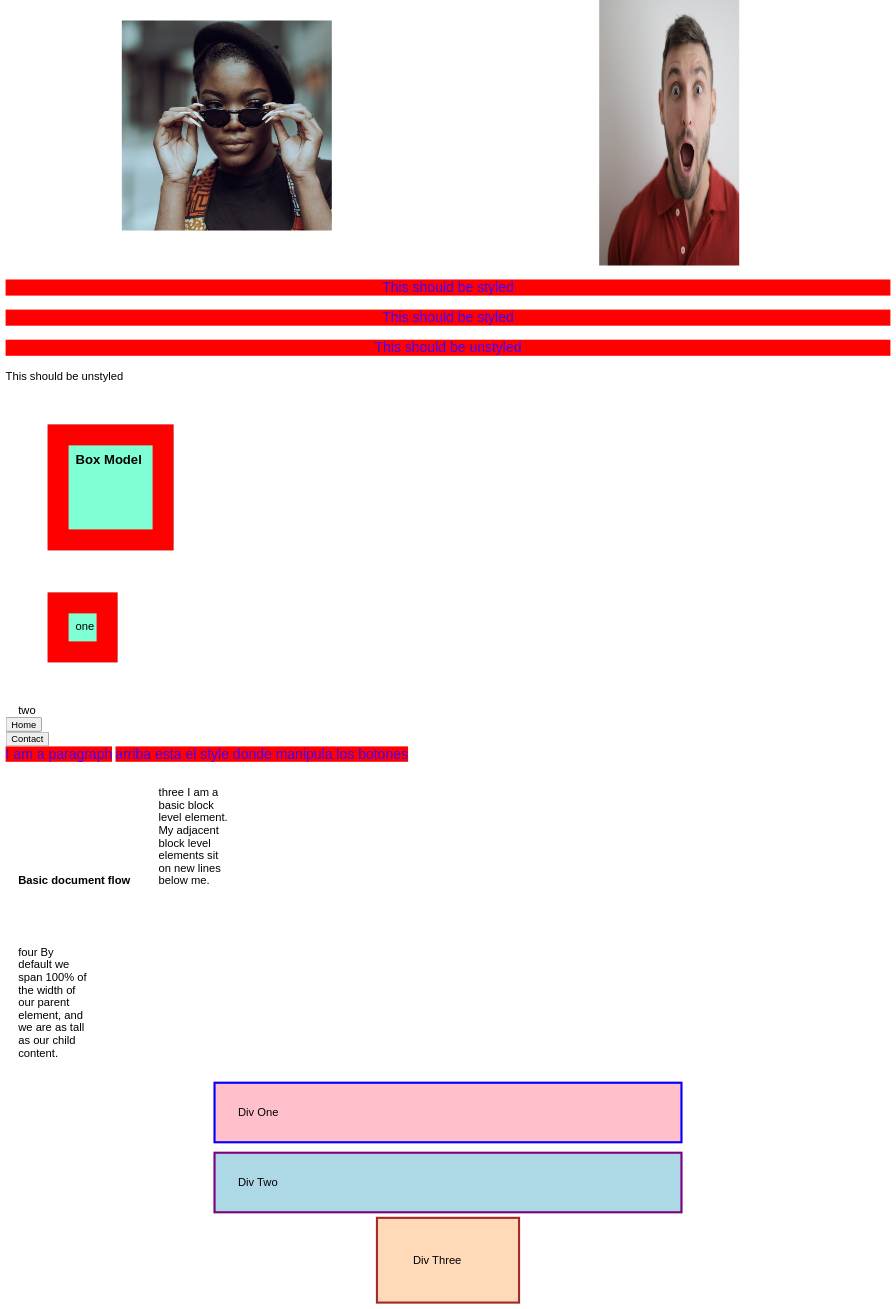
Repository: HeliosAI9/First-test-website
Page: mywebsite/html-boilerplate/pagetwo.html
These files come from the project's save history. The page is drawn as it stood at one moment and after the next save; the edit follows.
The browser window is 1280 px wide. The pictures show the part of the page from y = 1076 to 2996 px (the page is 2946 px tall before and 2996 px after), at 70% of full size.

Above is the page before, as saved 2023-05-31 10:04:22.
Not found: mywebsite/html-boilerplate/script.js

### mywebsite/html-boilerplate/pagetwo.html
<!DOCTYPE html>
<html lang="en">
<head>
  <meta charset="UTF-8">
  <meta http-equiv="X-UA-Compatible" content="IE=edge">
  <meta name="viewport" content="width=device-width, initial-scale=1.0">
  <title>Combined Assignments</title>
  <link rel="stylesheet" href="css/style.css">
</head>
<body>
  <h1>Hello World!</h1>

  <div class="first-element">First Element</div>
  <div class="second-element">Second Element</div>
  <p class="odd">Number 1 - in my class</p>
  <p id="second">Number 2 in life and one in ID</p>
  <p class="odd">I'm a class but cooler 3</p>
  <p id="fourth" class="odd">I'm another ID</p>
  <p class="odd">I'm a class</p>

  <button class="inverted">Click Me!</button>
  <button class="fancy">No, Click Me!</button>

  <h2>Cascade and Specificity</h2>
  <p class="para">This exercise focuses on understanding the cascade and specificity in CSS.</p>
  <p class="para small-para">By adjusting the rule order and selector specificity, we can control how styles are applied to elements.</p>
  <button id="confirm-button" class="button confirm">Understanding the cascade helps us avoid conflicts and create targeted styles for specific elements.</button>
  <button id="cancel-button" class="button cancel">We can leverage combinators, selectors, and rule order to achieve the desired style hierarchy.</button>
  <div class="text">By mastering the cascade, we gain greater control over the appearance of our web pages.</div>
  <div class="text">I'm a div with thin text and a child div!
    <div class="child">I'm a smaller child div with extra bold text.</div>
  </div>

  <div class="image-container">
    <img src="images/pexels-andrea-piacquadio-3777931.jpg" alt="Avatar" class="avatar proportioned">
    <img src="images/pexels-katho-mutodo-8434791.jpg" alt="Distorted" class="avatar distorted">
  </div>
  <div class="image-container">
    <img src="images/pexels-katho-mutodo-8434791.jpg" alt="Avatar" class="avatar proportioned">
    <img src="images/pexels-andrea-piacquadio-3777931.jpg" alt="Distorted" class="avatar distorted">
  </div>

  <div>
    <p>This should be styled</p>
    <div>
      <p>This should be styled</p>
      <p>This should be unstyled</p>
    </div>
  </div>
  <p>This should be unstyled</p>

  <h3 class="class">Box Model</h3>
  <p class="one">one</p>
  <p class="two">two</p>


  <script src="script.js"></script>

  <div id="my-section">
    <style>
      #my-section button {
        display: block;
      }
      #my-section p {
        display: inline;
      }
    </style>
    <button>Home</button>
    <button>Contact</button>
    <p>I am a paragraph</p>
    <p>arriba esta el style donde manipula los botones</p>
  </div>


  <h4 class="class">Basic document flow</h4>

  <p class="three">three I am a basic block level element. My adjacent block level elements sit on new
    lines below me.
  </p>

  <p class="four">four By default we span 100% of the width of our parent element, and we are as tall
    as our child content.
  </p>

  <div class="div-one assignment-div">Div One</div>
  <div class="div-two assignment-div">Div Two</div>
  <div class="div-three assignment-div">Div Three</div>

</body>
</html>

### mywebsite/html-boilerplate/css/style.css
/* Styles from your previous assignments */
.first-element {
    background-color: black;
    color: white;
    font-size: 28px;
    font-family: "Helvetica", "Times New Roman", sans-serif;
  }

  .second-element {
    background-color: yellow;
    font-size: 28px;
    font-family: "Helvetica", "Times New Roman", sans-serif;
  }

  .odd {
    background-color: lightpink;
    font-family: "Verdana", "DejaVu Sans", sans-serif;
  }

  #second {
    color: blue;
    font-size: 36px;
  }

  #fourth {
    background-color: lightgreen;
    font-size: 24px;
    font-weight: bold;
  }

  /* Styles from the new assignment */
  .avatar.proportioned {
    width: 300px;
    aspect-ratio: 1/1; /* Maintain original square proportions */
  }

  .avatar.distorted {
    width: 200px;
    height: 400px; /* Height is twice the width */
  }

  .image-container {
    display: grid;
    grid-template-columns: repeat(2, 1fr); /* Update the value to 1fr */
    gap: 0; /* Set the gap value to 0 */
    justify-items: center; /* Center the items horizontally */
    align-items: center; /* Center the items vertically */
  }

  div p {
    background-color: rgb(255, 0, 0);
    color: rgb(64, 0, 255);
    font-size: 20px;
    text-align: center;
  }

  body {
    font-family: Arial, Helvetica, sans-serif;
  }

  h2.para,
  h2.small-para {
    color: hsl(0, 0%, 0%);
    font-weight: 800;
  }

  h2.para {
    font-size: 22px;
  }

  .button.confirm {
    background-color: green;
    color: white;
    font-weight: bold;
  }

  h2.text .child {
    color: rgb(0, 0, 0);
    font-weight: 800;
    font-size: 14px;
  }

  h3.class {
    background-color: aquamarine;
    padding: 10px;
    border: 30px solid red;
    margin: 60px;
    height: 100px;
    width: 100px;
  }

  .one {
    background-color: aquamarine;
    padding: 10px;
    border: 30px solid red;
    margin: 60px;
    height: 100px;
    width: 100px;
    box-sizing: border-box;
  }

  .two {
    display: inline;
    width: 100px;
    height: 160px;
    padding: 18px;
  }

  h4.class {
    display: inline;
    width: 100px;
    height: 160px;
    padding: 18px;
  }

  .three {
    display: inline-block;
    width: 100px;
    height: 160px;
    padding: 18px;
  }

  .four {
    display: block;
    width: 100px;
    height: 160px;
    padding: 18px;
  }

  .assignment-div {
    padding: 32px;
    max-width: 600px;
    margin: 0 auto;
  }

  .assignment-div.div-one {
    margin-bottom: 12px;
    background: pink;
    border: 3px solid blue;
    padding: 32px;

  }

  .assignment-div.div-two {
    margin-bottom: 5px;
    background: lightblue;
    border: 3px solid purple;
  }

  .assignment-div.div-three {
    margin-left: left;
    background: peachpuff;
    border: 3px solid brown;
    width: 100px;
    padding: 50px;

  }

After the next save:
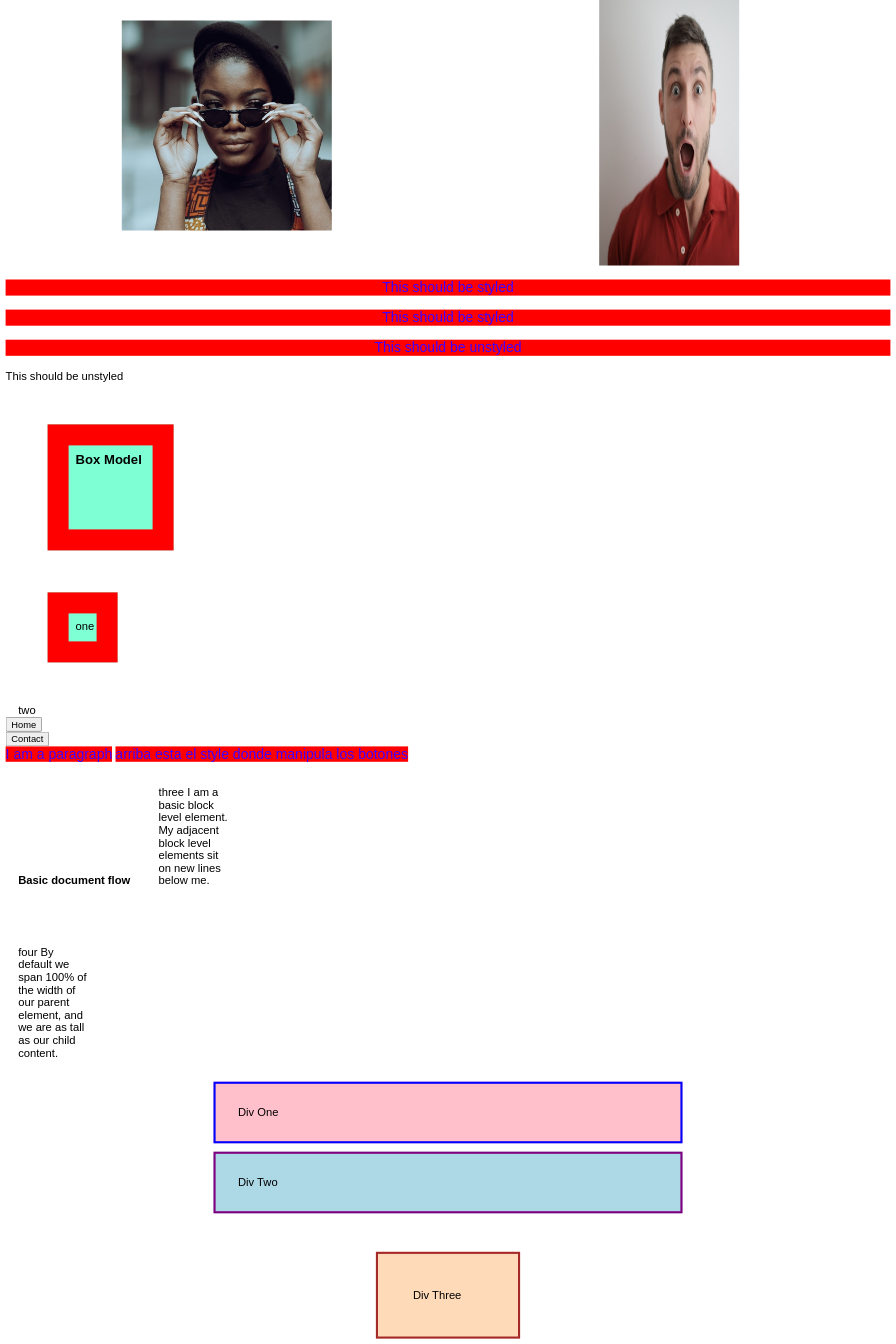
Saved 14 s later.
--- a/mywebsite/html-boilerplate/css/style.css
+++ b/mywebsite/html-boilerplate/css/style.css
@@ -142,7 +142,7 @@
   }
 
   .assignment-div.div-two {
-    margin-bottom: 5px;
+    margin-bottom: 55px;
     background: lightblue;
     border: 3px solid purple;
   }
